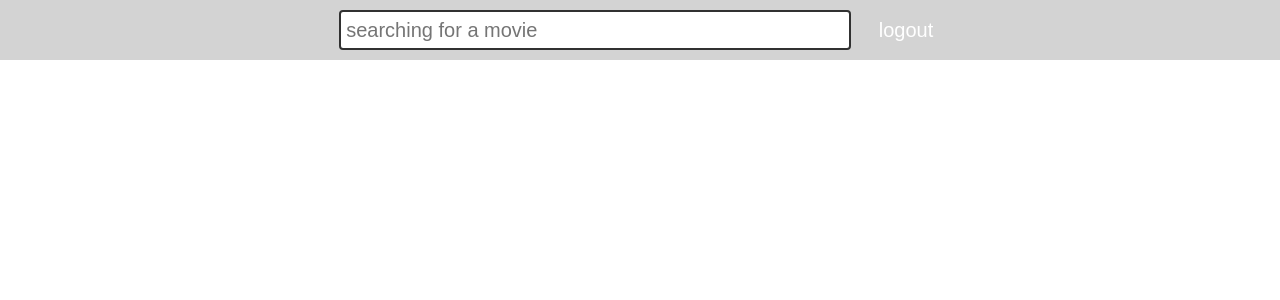
Repository: rutsguifd/uni
Page: /films (app in filmhub-react/)
These files come from the project's save history. The page is drawn as it stood at one moment and after the next save; the edit follows.
The browser window is 1280 px wide. The pictures show the whole page.
The page's requests for data from a server got no answer. The project was rebuilt for these pictures with package versions that can differ from the ones it lists, and the page was loaded fresh each time. No one was signed in, and anything a server would have sent is missing. Also part of the build but not shown: filmhub-react/src/components/Chat.jsx, filmhub-react/src/store/actions/movieActions.js, filmhub-react/src/styles/FilmPage.scss, filmhub-react/src/pages/FilmPage.jsx, filmhub-react/src/styles/FilmItem.scss, filmhub-react/src/components/FilmItem.jsx, filmhub-react/src/styles/FilmList.scss, filmhub-react/src/store/actions/actions.js and 4 more.

Above is the page before, as saved 2022-05-10 03:05:09.

### filmhub-react/src/index.js
import React from "react";
import ReactDOM from "react-dom";
import { Provider } from "react-redux";
import { BrowserRouter } from "react-router-dom";
import App from "./App";
import { store } from "./store";

ReactDOM.render(
  <React.StrictMode>
    <BrowserRouter>
      <Provider store={store}>
        <App />
      </Provider>
    </BrowserRouter>
  </React.StrictMode>,
  document.getElementById("root")
);

### filmhub-react/src/App.js

import AppRouter from "./router/AppRouter";
import './styles/App.scss'

function App() {
  return (
    <div className="App">
      <AppRouter/>
    </div>
  );
}

export default App;

### filmhub-react/src/store/index.js
import { applyMiddleware, combineReducers, createStore } from "redux";
import thunk from "redux-thunk";
import { fetchDataReducer } from "./reducers/fetchDataReducer"
import { fetchMovieReducer } from "./reducers/fetchMovieReducer";
const rootReducer = combineReducers({
    fetchDataReducer,
    fetchMovieReducer,
})

export const store = createStore(rootReducer, applyMiddleware(thunk))

### filmhub-react/src/router/AppRouter.jsx
import React from "react";
import { Route, Routes } from "react-router-dom";
import FilmPage from "../pages/FilmPage";
import Films from "../pages/Films";
import HomePage from "../pages/HomePage";

const AppRouter = () => {
  return (
    <>
      <Routes>
        <Route path="/" element={<HomePage />}/>
        <Route path="/films" element={<Films />} />
        <Route path="/films/:id" element={<FilmPage />} />
      </Routes>
    </>
  );
};

export default AppRouter;

### filmhub-react/src/styles/App.scss
* {
    font-size: 20px;
    margin: 0;
    padding: 0;
    box-sizing: border-box;

    font-family: 'Fira Sans', sans-serif;
}

#root{
    display: flex;
    justify-content: center;
}

.App{
    width: 100%;
    max-width: 100%;
}

### filmhub-react/src/store/reducers/fetchDataReducer.js

const initialState = {
    movies:
    {
        data: null,
        loading: false,
        error: false,
    }
};

const FETCH_MOVIES = "FETCH_SEARCH_MOVIES";
const FETCH_MOVIES_SUCCESS = "FETCH_MOVIES_SUCCESS";
const FETCH_MOVIES_FAILURE = "FETCH_MOVIES_FAILURE";

export const fetchDataReducer = (state = initialState, action) => {
    switch(action.type) {
        case FETCH_MOVIES:
            return {
                ...state,
                movies: {
                    data: null,
                    loading: true,
                    error: false,
                }
            }
        case FETCH_MOVIES_SUCCESS:
            return {
                ...state,
                movies: {
                    data: action.payload,
                    loading: false,
                    error: false,
                }
            }
            case FETCH_MOVIES_FAILURE:
                return {
                    ...state,
                    movies: {
                        data: null,
                        loading: false,
                        error: action.payload,
                    }
                }
        default:
            return state;
    }
}

### filmhub-react/src/store/reducers/fetchMovieReducer.js

const initialState = {
    movie:
    {
        data: null,
        loading: false,
        error: false,
    }
};

const FETCH_MOVIE = "FETCH_MOVIE";
const FETCH_MOVIE_SUCCESS = "FETCH_MOVIE_SUCCESS";
const FETCH_MOVIE_FAILURE = "FETCH_MOVIE_FAILURE";

export const fetchMovieReducer = (state = initialState, action) => {
    switch(action.type) {
        case FETCH_MOVIE:
            return {
                ...state,
                movie: {
                    data: null,
                    loading: true,
                    error: false,
                }
            }
        case FETCH_MOVIE_SUCCESS:
            return {
                ...state,
                movie: {
                    data: action.payload,
                    loading: false,
                    error: false,
                }
            }
            case FETCH_MOVIE_FAILURE:
                return {
                    ...state,
                    movie: {
                        data: null,
                        loading: false,
                        error: action.payload,
                    }
                }
        default:
            return state;
    }
}

### filmhub-react/src/pages/Films.jsx
import React from 'react'
import FilmList from '../components/FilmList'
import Header from '../components/Header'

const Films = () => {
  return (
    <>
    <Header />
    <FilmList/>
    </>
  )
}

export default Films

### filmhub-react/src/components/Header.jsx
import React, { useState } from "react";
import { useNavigate } from "react-router-dom";
import "../styles/Header.scss";
import MyInput from "./UI/MyInput/MyInput";
import MyButton from "./UI/MyButton/MyButton";

const Header = () => {
  const user = true;
  const navigate = useNavigate();
  const [searchQuery, setSearchQuery] = useState("");
  const onChange = (e) => {
    setSearchQuery(e.target.value);
  };
  const onSubmit = (e) => {
    e.preventDefault();
    navigate(`/films?query=${searchQuery}&page=1`);
    setSearchQuery("");
  };
  return (
    <div className="header">
      <form onSubmit={onSubmit}>
        <MyInput
          placeholder="searching for a movie"
          value={searchQuery}
          onChange={onChange}
        />
      </form>
      {user ?
        <MyButton>logout</MyButton>
        :
        <button>login</button>
      }
    </div>
  );
};

export default Header;

### filmhub-react/src/styles/Header.scss
.header{
    display: flex;
    justify-content: center;
    align-items: center;
    background-color: #d3d3d3;
}

### filmhub-react/src/components/UI/MyInput/MyInput.jsx
import React from 'react'
import classes from './MyInput.module.scss'

const MyInput = (props) => {
  return (
    <input {...props} className={classes.input}/>
  )
}

export default MyInput

### filmhub-react/src/components/UI/MyButton/MyButton.jsx
import React from 'react'
import classes from "./MyButton.module.scss"

const MyButton = ({children, ...props}) => {
  return (
    <button {...props} className={classes.button}>{children}</button>
  )
}

export default MyButton

### filmhub-react/src/components/UI/MyInput/MyInput.module.scss
.input{
    padding-left: 5px;
    margin: 10px;
    height: 40px;
    width: 40vw;
    border-radius: 4px;
    border: 2px solid #313131;
    &:hover {
        transition: 0.2s;
        background-color: #ffffff;
    }
}

### filmhub-react/src/components/UI/MyButton/MyButton.module.scss
.button {
    padding: 10px;
    width: 7vw;
    color: #fff;
    background-color: transparent;
    border: none;
    border-radius: 4px;
    &:hover {
        transition: 0.5s;
        background-color: #fff;
        color: #000;
    }
}

Loaded but not shown: filmhub-react/public/index.html (common file)

After the next save:
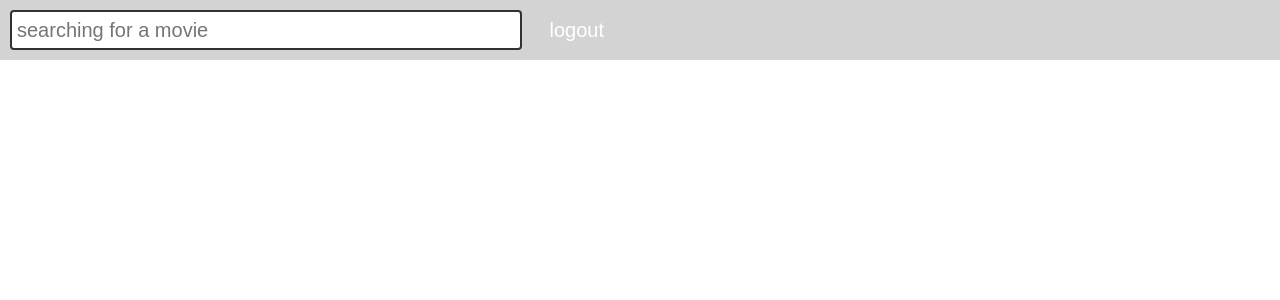
Saved 55 s later.
--- a/filmhub-react/src/components/Header.jsx
+++ b/filmhub-react/src/components/Header.jsx
@@ -26,7 +26,7 @@ const Header = () => {
         />
       </form>
       {user ?
-        <MyButton>logout</MyButton>
+        <MyButton style={{marginRight: 'auto'}}>logout</MyButton>
         :
         <button>login</button>
       }
